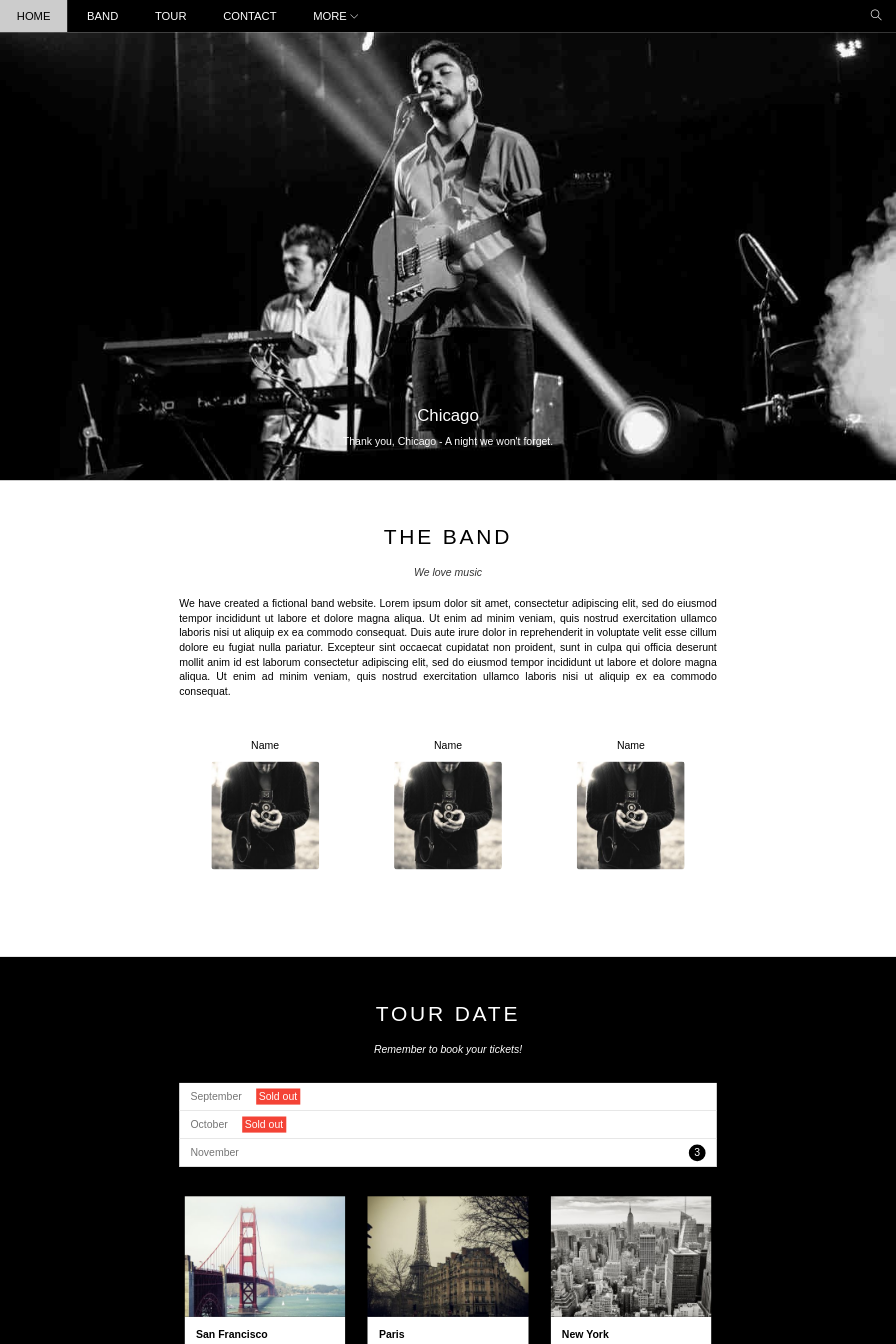
Repository: nguyenhaidang212/theband
Page: index.html
An editor plug-in stored every save of this project. The page is shown before and after the next save, followed by the edit.
The browser window is 1280 px wide. The pictures show the part of the page from y = 0 to 1920 px (the page is 3554 px tall), at 70% of full size.

Above is the page before, as saved 2022-12-20 18:51:38.

### index.html
<!DOCTYPE html>
<html lang="en">
<head>
    <meta charset="UTF-8">
    <meta http-equiv="X-UA-Compatible" content="IE=edge">
    <meta name="viewport" content="width=device-width, initial-scale=1.0">
    <title>The band</title>
    <link rel="stylesheet" href="./assets/css/style.css">
    <link rel="stylesheet" href="./font/themify-icons/themify-icons.css">
</head>
<body>
<div id="main">
    <div id="header">
        <ul id="nav">
            <li><a href="#">HOME</a></li>
            <li><a href="#band">BAND</a></li>
            <li><a href="#tour">TOUR</a></li>
            <li><a href="#contact">CONTACT</a></li>
            <li>
                <a href="#">
                    MORE
                    <i class="nav-arrow-down ti-angle-down"></i>
                </a>
                <ul class="subnav">
                    <li><a href="#">Merchandise</a></li>
                    <li><a href="#">Extras</a></li>
                    <li><a href="#">Media</a></li>
                </ul>
            </li>
        </ul>

        <div class="search">
            <i class="search-icon ti-search"></i>
        </div>

        <div id="mobile-menu" class="mobile-menu-btn">
            <i class="menu-icon ti-menu"></i>
        </div>
    </div>

    <div id="slider">
        <div class="text-content">
            <h2 class="text-heading">Chicago</h2>
            <div class="text">Thank you, Chicago - A night we won't forget.</div>
        </div>
    </div>

    <div id="content">
        <div id="band" class="content-section">
            <h2 class="section-heading">THE BAND</h2>
            <p class="section-sub">We love music</p>
            <p class="text">
                We have created a fictional band website. Lorem ipsum dolor sit amet, consectetur adipiscing elit, sed do eiusmod tempor incididunt ut labore et dolore magna aliqua. Ut enim ad minim veniam, quis nostrud exercitation ullamco laboris nisi ut aliquip ex ea commodo consequat. Duis aute irure dolor in reprehenderit in voluptate velit esse cillum dolore eu fugiat nulla pariatur. Excepteur sint occaecat cupidatat non proident, sunt in culpa qui officia deserunt mollit anim id est laborum consectetur adipiscing elit, sed do eiusmod tempor incididunt ut labore et dolore magna aliqua. Ut enim ad minim veniam, quis nostrud exercitation ullamco laboris nisi ut aliquip ex ea commodo consequat.
            </p>
            <div class="row members-list">
                <div class="col col3 s-col-full mt-16 text-center">
                    <p class="member-name">Name</p>
                    <img src="./assets/img/about/about1.jpg" alt="Name" class="member-img">
                </div>
                <div class="col col3 s-col-full mt-16 text-center">
                    <p class="member-name">Name</p>
                    <img src="./assets/img/about/about1.jpg" alt="Name" class="member-img">
                </div>
                <div class="col col3 s-col-full mt-16 text-center">
                    <p class="member-name">Name</p>
                    <img src="./assets/img/about/about1.jpg" alt="Name" class="member-img">
                </div>
                <div class="clear"></div>
            </div>
        </div>
        <div class="tour-section">
            <div id="tour" class="content-section">
                <h2 class="section-heading text-white">TOUR DATE</h2>
                <p class="section-sub text-white">Remember to book your tickets!</p>
                <ul class="tickets-list">
                    <li>September <span class="sold-out">Sold out</span></li>
                    <li>October <span class="sold-out">Sold out</span></li>
                    <li>November <span class="quantity">3</span></li>
                </ul>
                <div class="row places-list">
                    <div class="col col3 mt-16 s-col-full">
                        <img src="./assets/img/band/newyork.jpg" alt="New York" class="place">
                        <div class="place-body">
                            <h3 class="place-heading">New York</h3>
                            <p class="place-time">Fri 27 Nov 2016</p>
                            <p class="place-desc">Praesent tincidunt sed tellus ut rutrum sed vitae justo.</p>
                            <button  class="buy-button js-buy-ticket">Buy Tickets</button>
                        </div>
                    </div>
                    <div class="col col3 mt-16 s-col-full">
                        <img src="./assets/img/band/paris.jpg" alt="New York" class="place">
                        <div class="place-body">
                            <h3 class="place-heading">Paris</h3>
                            <p class="place-time">Sat 28 Nov 2016</p>
                            <p class="place-desc">Praesent tincidunt sed tellus ut rutrum sed vitae justo.</p>
                            <button  class="buy-button js-buy-ticket">Buy Tickets</button>
                        </div>
                    </div>
                    <div class="col col3 mt-16 s-col-full">
                        <img src="./assets/img/band/sanfran.jpg" alt="New York" class="place">
                        <div class="place-body">
                            <h3 class="place-heading">San Francisco</h3>
                            <p class="place-time">Sun 29 Nov 2016</p>
                            <p class="place-desc">Praesent tincidunt sed tellus ut rutrum sed vitae justo.</p>
                            <button  class="buy-button js-buy-ticket">Buy Tickets</button>
                        </div>
                    </div>
                </div>
            </div>
        </div>
        <div id="contact" class="contact-section">
            <div class="content-section">
                <h2 class="section-heading">CONTACT</h2>
                <p class="section-sub">Fan? Drop a note!</p>

                <div class="row contact-form">
                    <div class="col col2 s-col-full contact-info">
                        <p><i class="ti-location-pin"></i>Chicago, US</p>
                        <p><i class="ti-mobile"></i>Phone: +00 151515</p>
                        <p><i class="ti-email"></i>Email: mail@mail.com</p>
                    </div>
                    <div class="col s-col-full col2 contact-in">
                        <form action="">
                            <div class="row">
                                <div class="col col2 s-col-full">
                                    <input type="text" name="" placeholder="Name" required id="" class="form-control">
                                </div>
                                <div class="col col2 s-col-full s-mt-8">
                                    <input type="email" name="" placeholder="Email" required id="" class="form-control">
                                </div>
                            </div>
                            <div class="row mt-8">
                                <div class="col col1">
                                    <input type="text" name="" placeholder="Message" required id="" class="form-control">
                                <div>
                            </div>
                        <input class="mt-16 buy-button s-full-width" type="submit" value="SEND">
                        </form>
                    </div>
                </div>
            </div>
        </div>
    </div>

    <div class="map-section">
    <img src="./assets/img/map/map1.jpg" alt="Map">
    </div>

    <div class="footer">
    <div class="socials-list">
        <a href=""><i class = "ti-facebook"></i></a>
        <a href=""><i class = "ti-instagram"></i></a>
        <a href=""><i class = "ti-youtube"></i></a>
        <a href=""><i class = "ti-pinterest"></i></a>
        <a href=""><i class = "ti-twitter"></i></a>
        <a href=""><i class = "ti-linkedin"></i></a>
    </div>
    <p class="copyright">Powered by <a href="https://www.w3schools.com/w3css/default.asp">w3.css</a></p>
    </div>


    <div class="modal js-modal">
    <div class="modal-container js-modal-container">
        <div class ="modal-close js-modal-close">
            <i class="ti-close"></i>
        </div>
        <header class="modal-header">
            <i class="modal-bag ti-bag"></i>
            Tickets
        </header>

        <div class="modal-body">
            <label for="ticketquantity" class="modal-label">
                <i class="ti-shopping-cart"></i>
                Tickets, 15$ per person
            </label>
            <input id="ticketquantity" type="text" class="modal-input" placeholder="How many?">

            <label for="ticketemail" class="modal-label">
                <i class="ti-user"></i>
                Send to
            </label>
            <input id="ticketemail" type="email" class="modal-input" placeholder="Enter email...">

            <button id="pay">
                Pay <i class="ti-check"></i>
            </button>
        </div>

        <footer class="modal-footer">
            <p class="modal-help">Need <a href="">help?</a></p>
        </footer>
    </div>
</div>

<script>
    const buyBtns = document.querySelectorAll('.js-buy-ticket')
    const modal = document.querySelector('.js-modal')
    const modalContainer = document.querySelector('.js-modal-container')
    const modalClose = document.querySelector('.js-modal-close')
    function showBuyTickets(){
        modal.classList.add('open')
    }

    function hideBuyTickets(){
        modal.classList.remove('open')
    }

    for(const buyBtn of buyBtns){
        buyBtn.addEventListener('click',showBuyTickets)
    }

    modalClose.addEventListener('click',hideBuyTickets)

    modalContainer.addEventListener('click',function(event){
        event.stopPropagation()
    })

    modal.addEventListener('click',hideBuyTickets)
</script>

<script>
    var header = document.getElementById('header');
    var mobileMenu = document.getElementById('mobile-menu');
    var headerHeight = header.clientHeight;

    mobileMenu.onclick = function() {
        var isClosed = header.clientHeight === headerHeight;
        if (isClosed) {
            header.style.height = 'auto';
        } else {
            header.style.height = null;
        }
    }

    var menuItems = document.querySelectorAll('#nav li a[href*="#"]');
    for (var i =0;i < menuItems.length; i++){
        var menuItem = menuItems[i];
        menuItem.onclick = function(Event){
            var isParentMenu = this.nextElementSibling && this.nextElementSibling.classList.contains('subnav');
            if (isParentMenu){
                Event.preventDefault();
            } else {
                header.style.height = null;
            }
        }
    }
</script>
</body>
</html>

### assets/css/style.css
/* Reset CSS */
*{
    padding: 0;
    margin: 0;
    box-sizing: border-box;
}

html{
    scroll-behavior: smooth;
    font-family: Arial, Helvetica, sans-serif;
}

.clear{
    clear: both;
}

.text-white{
    color: #fff !important;
}

.row {
    margin-left: -8px;
    margin-right: -8px;
}

.row::after{
    content: "";
    display: block;
    clear: both;
}

.col{
    float: left;
    padding-left: 8px;
    padding-right: 8px;
}

.col1{
    width: 100%;
}

.col3{
    width: 33.333%;
}

.col2{
    width: 50%;
}

.text-center{
    text-align: center !important;
}

#main {

}

#nav {
    display: inline-block;
}

#header{
    height: 46px;
    background-color: #000;
    position: fixed;
    top: 0;
    left: 0;
    right: 0;
    z-index: 1;

}

#nav, .subnav {
    list-style-type: none;
}

#nav > li:hover > a{
    background-color: #ccc;
    color: #000;
}

#nav > li {
    display: inline-block;
}

#nav li {
    position: relative;
}

#nav > li > a{
    color: #fff;
}

#nav li a{
    text-decoration: none;
    line-height: 46px;
    padding: 0px 24px;
    display: block;

}

#nav .nav-arrow-down{
    font-size: 12px;
}

#nav li:hover .subnav {
    display: block;
}

#nav .subnav{
    display: none;
    min-width: 160px;
    position: absolute;
    background-color: #fff;
    box-shadow: 0 0 10px rgba(0, 0, 0, 0.3);
}

#nav .subnav a{
    color: #000;
    padding: 0 16px;
    line-height: 38px;

}
#header .mobile-menu-btn:hover {
    background-color: #ccc;
}

#header .mobile-menu-btn:hover .menu-icon {
    color: #000;
}

#header .search:hover{
    background-color: #f44336;
    cursor: pointer;
}

#header .mobile-menu-btn,
#header .search{
    float: right;
    line-height: 46px;
    padding: 0 20px;
}
/*
#header .menu-icon {
    display: none;
} */


#header .menu-icon,
#header .search-icon{
    color: #fff;
}

#nav .subnav li:hover{
    background-color: #ccc;
    color: #000;
}

.mt-8 {
    margin-top: 8px !important;
}

.mt-16 {
    margin-top: 16px !important;
    font-size: 15px;
    /* color: #fff; */
    border: none;
    padding: 10px 16px;
    float: right;
    cursor: pointer;
}
#slider {
    margin-top: 46px;
    background-color: #333;
    padding-top: 50%;
    position: relative;
    background: url('/assets/img/slider/slider1.jpg') top center/ cover no-repeat;
}

#slider .text-content{
    position: absolute;
    color: #fff;
    bottom: 47px;
    left: 50%;
    transform: translateX(-50%);
    text-align: center;
}

#slider .text-heading{
    font-weight: 500;
    font-size: 24px;
    margin-bottom: 15px;
    text-shadow: 0 0 1px #000;
}

#slider .text{
    font-size: 15px;
    margin-top: 10px;
}

#content{

}

#content .content-section{
    width: 800px;
    max-width: 100%;
    margin-left: auto;
    margin-right: auto;
    padding: 64px 0 112px;
    padding-right: 16px;
    padding-left: 16px;
}

#content .section-heading{
    font-size: 30px;
    text-align: center;
    font-weight: 500;
    letter-spacing: 4px;
}

#header .mobile-menu-btn {
    display: none;
}

#content .section-sub{
    font-size: 15px;
    text-align: center;
    margin-top: 25px;
    color:#333;
    font-style: italic;
}

#content .members-list{
     margin-top: 32px;
}

#content .text{
    margin-top: 25px;
    font-size: 15px;
    text-align: justify;
    line-height: 1.4;
}



#content .member-name{
    font-size: 15px;

}

#content .member-img{
    margin-top: 15px;
    width: 154px;
    border-radius: 4px;
}

.tour-section{
    background-color: #000;
}

.tour-section .tickets-list{
    background-color: #fff;
    margin-top: 40px;
}

.tickets-list {
    list-style: none;
}

.tickets-list li{
    font-size: 15px;
    padding: 11px 16px;
    border-bottom: 1px solid #ddd;
    color: #757575;
}

.tickets-list .sold-out{
    background-color: #f44336;
    color: #fff;
    padding: 3px 4px;
    margin-left: 16px;
}

.tickets-list .quantity{
    color: #fff;
    background-color: #000;
    float: right;
    width: 24px;
    height: 24px;
    border-radius: 50%;
    text-align: center;
    line-height: 24px;
    margin-top: -3px;
}

.places-list{
    margin-top: 16px ;


}
.place-item{
    width: 33.333%;
}

.place{
    width: 100%;
    display: block;
}

.place:hover{
    opacity: 0.6;
}

.place-body{
    background-color: #fff;
    padding: 16px 16px;
    font-size: 15px;
}
.place-heading{
    font-weight: 600;
    font-size: 15px;
}

.place-time{
    margin-top: 15px;
    opacity: 0.7;
}

.place-desc{
    margin-top: 15px;
    line-height: 1.4;
}

.buy-button{
    color: #fff;
    text-decoration: none;
    background-color: #000;
    padding: 11px 16px;
    display: inline-block;
    margin-top: 18px;
    cursor: pointer;
    appearance: none;
    -webkit-appearance: none ;
}

.buy-button:hover{
    color: #000;
    background-color: #ccc;
}


.modal {
    position: fixed;
    top: 0;
    bottom: 0;
    right: 0;
    left: 0;
    background-color: rgba(0, 0, 0, 0.4);
    display: none;
    align-items: center;
    justify-content: center;
}

.modal.open{
    display: flex;
}

.modal-container{
    background-color: #fff;
    width: 900px;
    max-width: calc(100%-32px);
    min-height: 200px;
    position: relative;
    animation: modalFadein ease 0.5s;
}

.modal-header{
    background-color: #009688;
    height: 130px;
    display: flex;
    align-items: center;
    justify-content: center;
    font-size: 30px;
    color: #fff;
}

.modal-bag{
    margin-right: 16px;
}
.modal-close{
    position: absolute;
    right: 0;
    top: 0;
    color: #fff;
    padding: 12px;
    cursor: pointer;
    opacity: 0.8;
}
.modal-close:hover{
    opacity: 1;
}

.modal-body{
    padding: 16px;
}

.modal-label{
    display: block;
    font-size: 15px;
    margin-bottom: 12px;
}

.modal-input{
    border: 1px solid #ccc;
    width: 100%;
    padding: 10px;
    font-size: 15px;
    margin-bottom: 20px;
}

#pay{
    background-color: #009688;
    color: #fff;
    width: 100%;
    border: none;
    font-size: 15px;
    text-transform: uppercase;
    padding: 10px;
    cursor: pointer;
}

#pay:hover{
    background-color: #ccc;
    color: #000;
    opacity: 0.9;
}

.modal-footer{
    padding: 12px;
    text-align: right;

}
.modal-footer a{
    color: #2196f3;
}

.contact-form{
    margin-top: 48px;
}

.contact-info{
    font-size: 18px;
    line-height: 1.5;
}

.contact-info i[class*="ti-"]{
    width: 30px;
    display: inline-block;
}

.contact-in .form-control{
    padding: 11px;
    border: 1px solid #ccc;
    width: 100%;
}

.map-section img{
    width: 100%;
}

.footer {
    padding: 64px 16px;
    text-align: center;
}

.socials-list{
    font-size: 24px;
}

.socials-list a{
    text-decoration: none;
    color: rgba(0, 0, 0, 0.6);
}

.socials-list a:hover{
    color: rgba(0, 0, 0, 0.4);
}

.copyright{
    margin-top: 15px;
    color:rgba(0, 0, 0, 0.6);
}

.copyright a{
    color:rgba(0, 0, 0, 0.6);
}

@media (max-width: 739px) {
    #header {
        overflow: hidden;
    }
    #nav {
        display: block;
    }

    #nav > li {
    display: block;
    }

    #nav > li:first-child {
        display: inline-block;
    }

    #nav .subnav {
        position: initial;
        background-color: #333;
    }

    #nav .subnav a {
        color: #fff;
        padding: 5px 40px;
    }

    #header .search {
        display: none;
        }

    #header .mobile-menu-btn{
        position: absolute;
        right: 0;
        top: 0;
        display: block;
    }


    #content .member-img {
        width: 60%;
    }

    .s-col-full {
        width: 100%;
    }

    .s-mt-8 {
        margin-top: 8px;
    }

    .contact-form {
        margin-top: 16px;
    }

    .s-full-width {
        width: 100% !important;
    }
}

@keyframes modalFadein {
    from {
        opacity: 0;
        transform: translateY(-150px);
    }
    to {
        opacity: 1;
        transform: translateY(0);
    }
}

Loaded but not shown: font/themify-icons/themify-icons.css (common file)

After the next save:
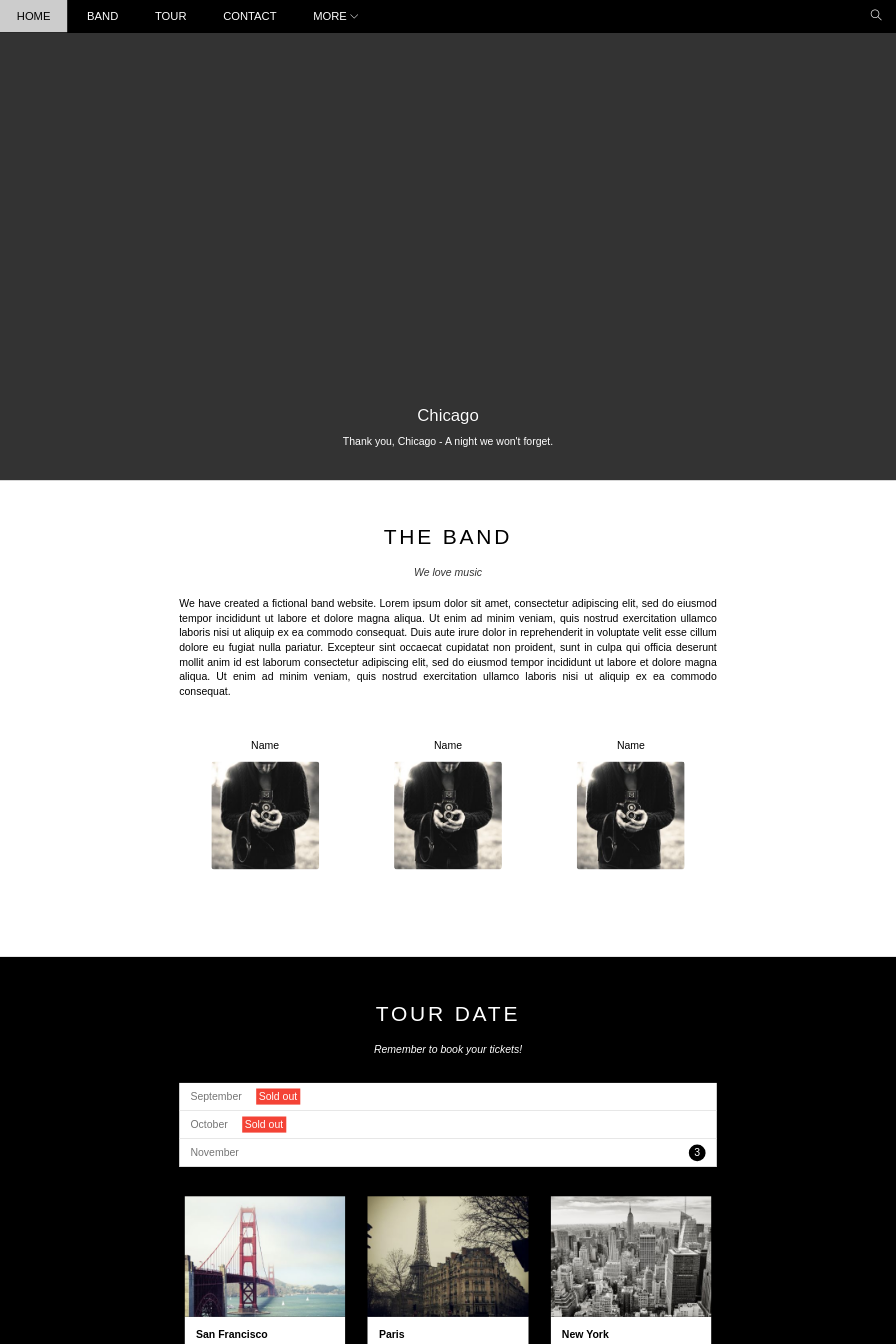
Saved 52 s later.
--- a/assets/css/style.css
+++ b/assets/css/style.css
@@ -174,7 +174,7 @@
     background-color: #333;
     padding-top: 50%;
     position: relative;
-    background: url('/assets/img/slider/slider1.jpg') top center/ cover no-repeat;
+    background-image: url('/assets/img/slider/slider1.jpg') top center/ cover no-repeat;
 }
 
 #slider .text-content{

After the save that followed:
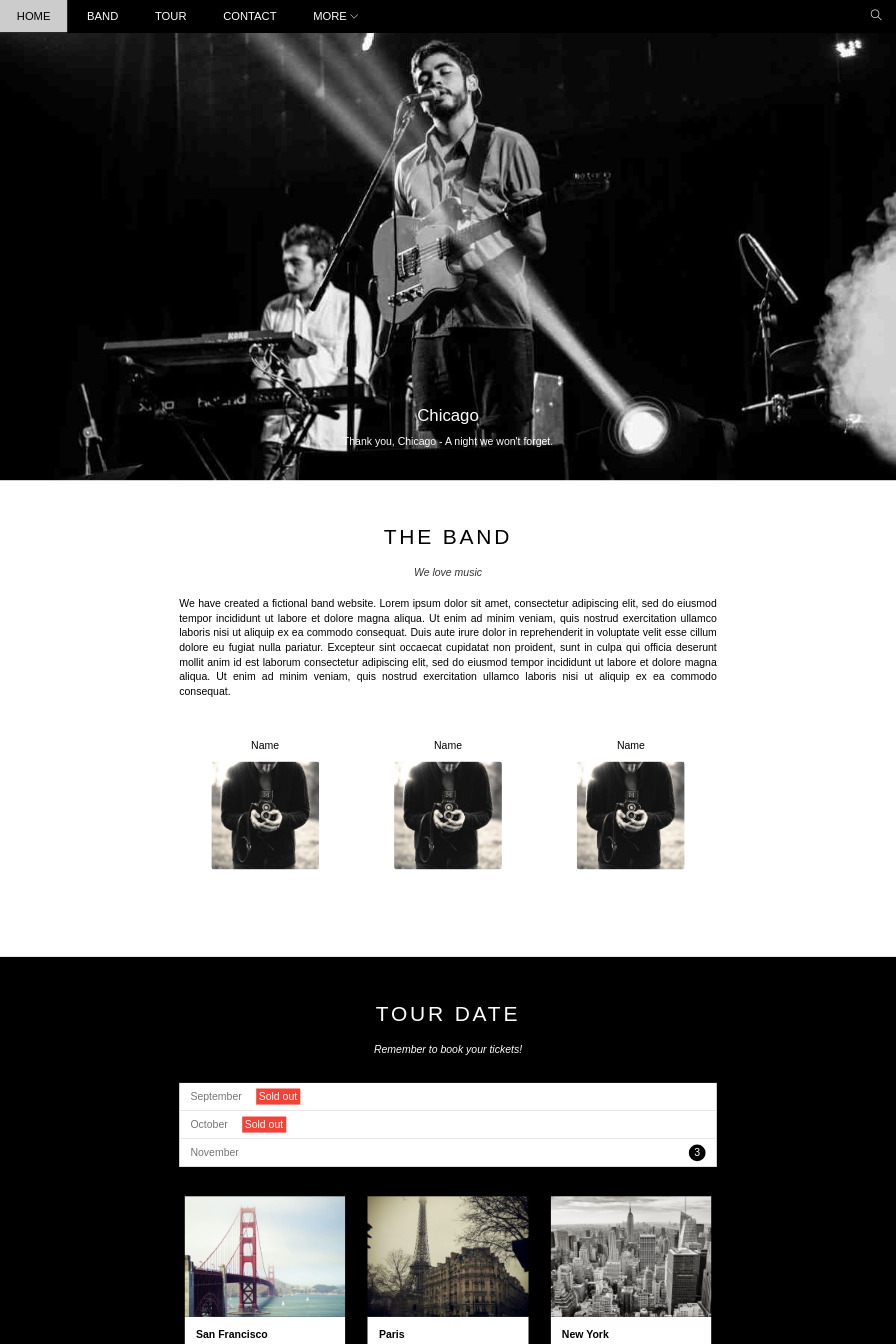
Saved 8 s later.
--- a/assets/css/style.css
+++ b/assets/css/style.css
@@ -174,7 +174,7 @@
     background-color: #333;
     padding-top: 50%;
     position: relative;
-    background-image: url('/assets/img/slider/slider1.jpg') top center/ cover no-repeat;
+    background: url('/assets/img/slider/slider1.jpg') top center/ cover no-repeat;
 }
 
 #slider .text-content{
